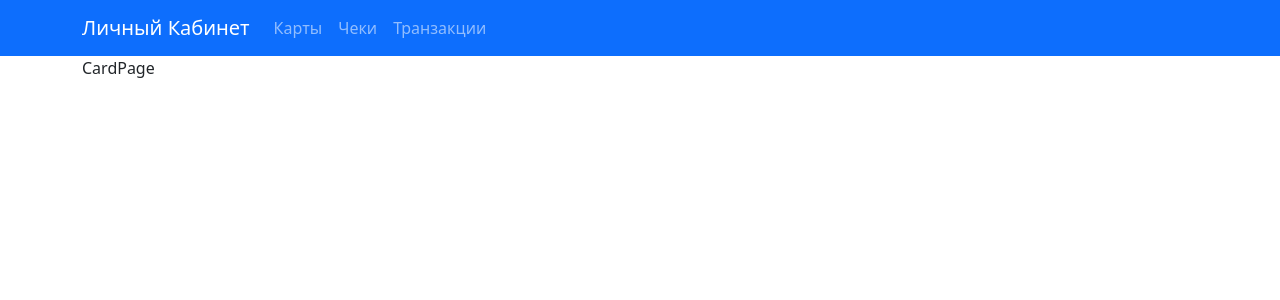
Repository: PGVlasov/cardTask
Page: /
These files come from the project's save history. The page is drawn as it stood at one moment and after the next save; the edit follows.
The browser window is 1280 px wide. The pictures show the whole page.
The project was rebuilt for these pictures with package versions that can differ from the ones it lists, and the page was loaded fresh each time. Also part of the build but not shown: src/pages/CheckPage.js, src/pages/TransactionsPage.js.

Above is the page before, as saved 2022-06-03 14:01:55.

### src/App.js
import "bootstrap/dist/css/bootstrap.min.css";
import { BrowserRouter, Routes, Route } from "react-router-dom";
import { NavMenu } from "./components/NavMenu";
import { CardsPage } from "./pages/CardsPage";
import { CheckPage } from "./pages/CheckPage";
import { TransactionPage } from "./pages/TransactionsPage";

function App() {
  return (
    <BrowserRouter>
      <NavMenu />
      <div className="container">
        <Routes>
          <Route element={<CardsPage />} path="/" />
          <Route element={<CheckPage />} path="/checks" />
          <Route element={<TransactionPage />} path="/transactions" />
        </Routes>
      </div>
    </BrowserRouter>
  );
}

export default App;

### src/components/NavMenu.js
import { Navbar, Container, Nav } from "react-bootstrap";

export const NavMenu = () => {
  return (
    <>
      <Navbar bg="primary" variant="dark">
        <Container>
          <Navbar.Brand href="/">Личный Кабинет</Navbar.Brand>
          <Nav className="me-auto">
            <Nav.Link href="/">Карты</Nav.Link>
            <Nav.Link href="/checks">Чеки</Nav.Link>
            <Nav.Link href="/transactions">Транзакции</Nav.Link>
          </Nav>
        </Container>
      </Navbar>
    </>
  );
};

### src/pages/CardsPage.js
export const CardsPage = () => {
  return <div>CardPage</div>;
};

### src/components/Loader.js
import { Spinner } from "react-bootstrap";

export const Loader = () => {
  return (
    <Spinner animation="border" role="status">
      <span className="visually-hidden">Loading...</span>
    </Spinner>
  );
};

Loaded but not shown: public/index.html (common file); src/index.js (common file); src/index.css (common file); src/reportWebVitals.js (common file)

After the next save:
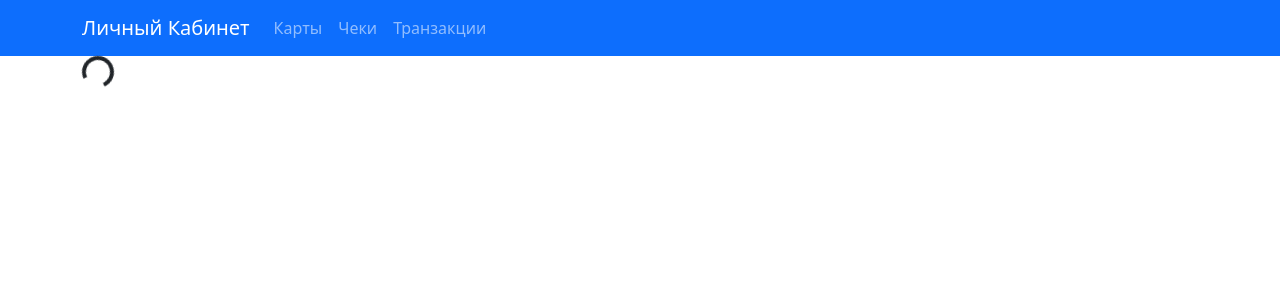
Saved 37 s later.
--- a/src/pages/CardsPage.js
+++ b/src/pages/CardsPage.js
@@ -1,3 +1,9 @@
+import { Loader } from "../components/Loader";
+
 export const CardsPage = () => {
-  return <div>CardPage</div>;
+  return (
+    <div>
+      <Loader />
+    </div>
+  );
 };
